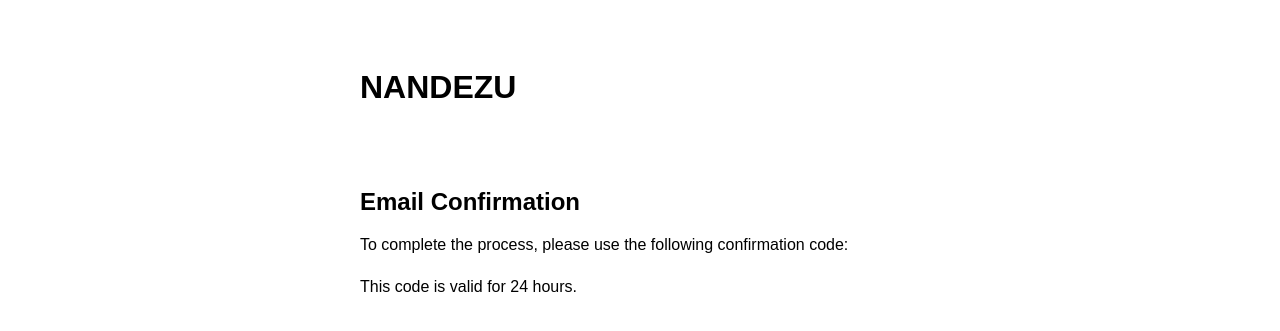
Repository: Nandezu/Guryca-Backend
Page: templates/emails/email_confirmation.html
The author's editor kept a copy of each file at every save. The page is drawn from the files as they stood at one save, then again after the next save.
The browser window is 1280 px wide. The pictures show the whole page.
The template is drawn by Django 5.2. The application's start-up code is not run. The template is opened directly, without the code that normally fills it, so the values that code supplies are empty.

Above is the page before, as saved 2024-07-26 14:54:31.

After the next save:
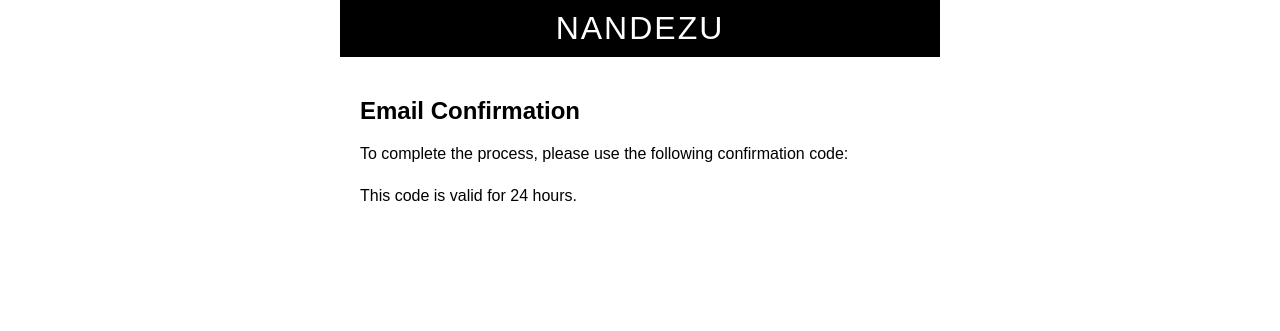
Saved 7 min 36 s later.
--- a/templates/emails/email_confirmation.html
+++ b/templates/emails/email_confirmation.html
@@ -2,16 +2,17 @@
 <html>
 <head>
     <style>
-        body { font-family: Arial, sans-serif; }
-        .container { max-width: 600px; margin: 0 auto; padding: 20px; }
+        body { font-family: Arial, sans-serif; margin: 0; padding: 0; }
+        .container { max-width: 600px; margin: 0 auto; }
         .header { background-color: #000; color: white; padding: 10px; text-align: center; }
+        .header h1 { margin: 0; font-weight: 300; letter-spacing: 2px; }
         .content { padding: 20px; }
-        .code { font-size: 24px; font-weight: bold; color: #blue; }
+        .code { font-size: 24px; font-weight: bold; color: blue; }
     </style>
 </head>
 <body>
     <div class="container">
-        <div class="content">
+        <div class="header">
             <h1>NANDEZU</h1>
         </div>
         <div class="content">

After the save that followed:
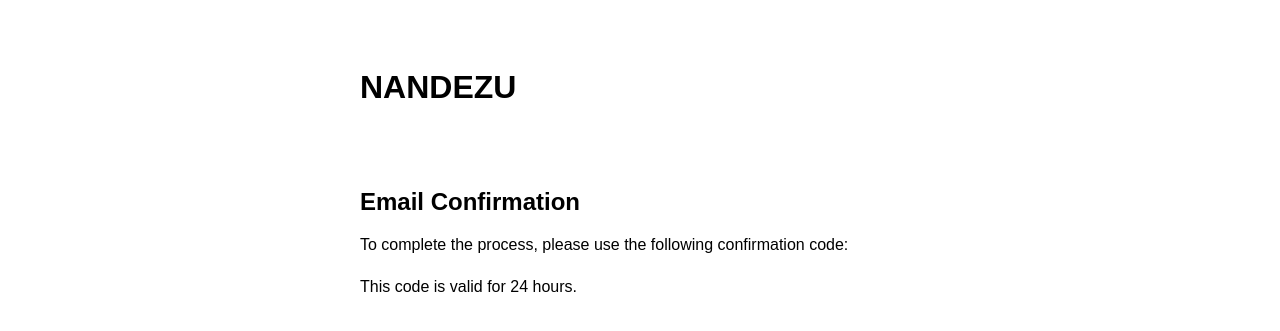
Saved 42 s later.
--- a/templates/emails/email_confirmation.html
+++ b/templates/emails/email_confirmation.html
@@ -2,17 +2,16 @@
 <html>
 <head>
     <style>
-        body { font-family: Arial, sans-serif; margin: 0; padding: 0; }
-        .container { max-width: 600px; margin: 0 auto; }
+        body { font-family: Arial, sans-serif; }
+        .container { max-width: 600px; margin: 0 auto; padding: 20px; }
         .header { background-color: #000; color: white; padding: 10px; text-align: center; }
-        .header h1 { margin: 0; font-weight: 300; letter-spacing: 2px; }
         .content { padding: 20px; }
-        .code { font-size: 24px; font-weight: bold; color: blue; }
+        .code { font-size: 24px; font-weight: bold; color: #blue; }
     </style>
 </head>
 <body>
     <div class="container">
-        <div class="header">
+        <div class="content">
             <h1>NANDEZU</h1>
         </div>
         <div class="content">
